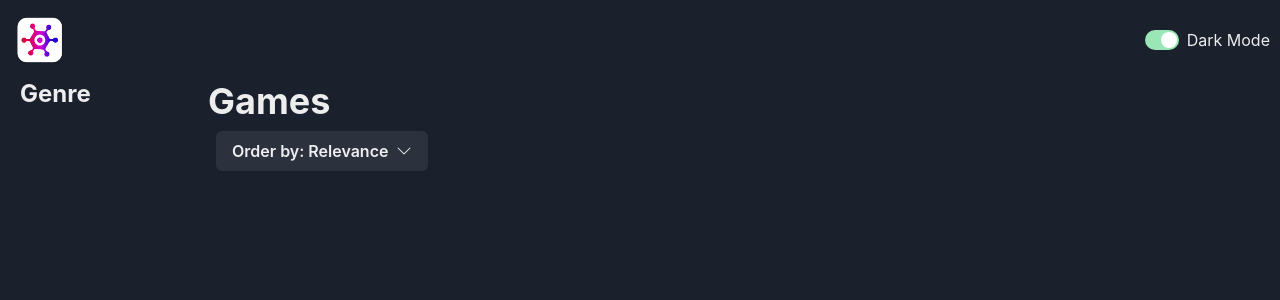
Repository: heyCaroline/game-hub
Page: /
The author's editor kept a copy of each file at every save. The page is drawn from the files as they stood at one save, then again after the next save.
The browser window is 1280 px wide. The pictures show the whole page.
The page's requests for data from a server got no answer. The project was rebuilt for these pictures with package versions that can differ from the ones it lists, and the page was loaded fresh each time. No one was signed in, and anything a server would have sent is missing. Also part of the build but not shown: vite.config.ts, src/components/PlatformIconList.tsx, src/components/CriticScore.tsx, src/components/GameCard.tsx.

Above is the page before, as saved 2025-05-23 16:23:11.

After the next save:
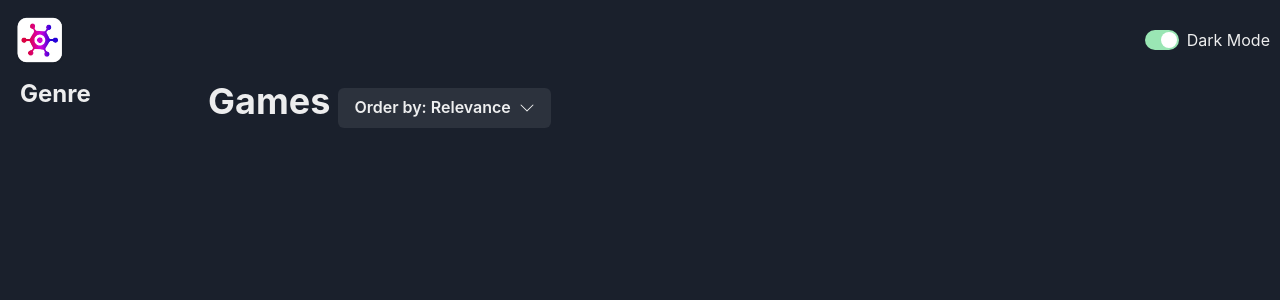
Saved 2 min 15 s later.
--- a/src/App.tsx
+++ b/src/App.tsx
@@ -1,4 +1,12 @@
-import { Box, Grid, GridItem, Heading, HStack, Show } from "@chakra-ui/react";
+import {
+  Box,
+  Flex,
+  Grid,
+  GridItem,
+  Heading,
+  HStack,
+  Show,
+} from "@chakra-ui/react";
 import NavBar from "./components/NavBar";
 import GameGrid from "./components/GameGrid";
 import GenresList from "./components/GenresList";
@@ -46,7 +54,7 @@ function App() {
           </GridItem>{" "}
         </Show>
         <GridItem area="main">
-          <Box marginLeft={2}>
+          <Flex marginLeft={2}>
             <GameHeading gameQuery={gameQuery} />
             <HStack marginBottom={2} marginTop={2}>
               <PlatformSelector
@@ -64,7 +72,7 @@ function App() {
                 />
               </Box>
             </HStack>
-          </Box>
+          </Flex>
           <GameGrid gameQuery={gameQuery} />
         </GridItem>
       </Grid>
